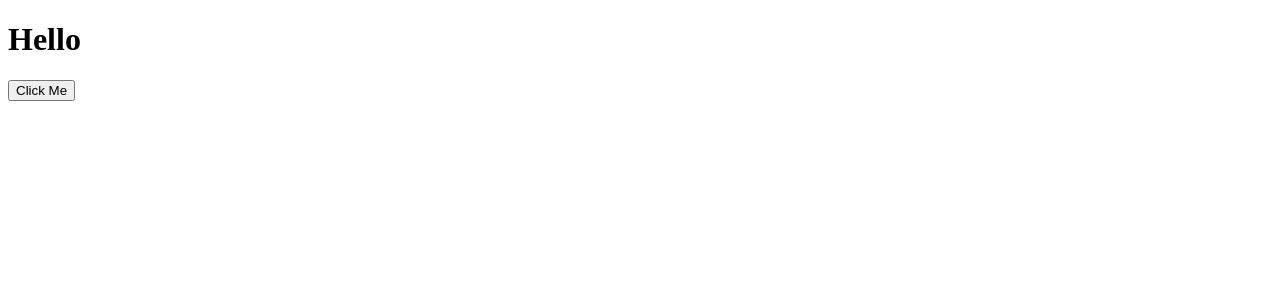
Repository: jnguyen113/DOM-Manipulation
Page: index.html
These files come from the project's save history. The page is drawn as it stood at one moment and after a run of saves; the edit follows.
The browser window is 1280 px wide. The pictures show the whole page.

Above is the page before, as saved 2020-06-12 10:45:52.
Console error: SyntaxError: Unexpected end of input

### index.html
<!DOCTYPE html>
<html>

<body>
    <h1 class="title">Hello</h1>
    <button class = "changeColor">Click Me</button>

</body>
<script src="main.js"></script>

</html>

### main.js
const text = document.querySelector('.title');
const changeColor = document.querySelector('.changeColor');

text.style.

After the next 4 saves:
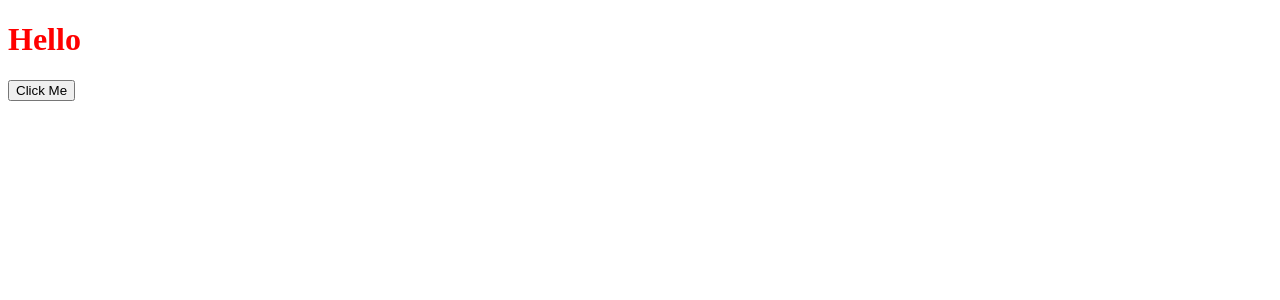
The error is gone.
The 4 saves are shown as one change because they came seconds apart.
The last was saved 9 s later.
--- a/main.js
+++ b/main.js
@@ -1,4 +1,4 @@
 const text = document.querySelector('.title');
 const changeColor = document.querySelector('.changeColor');
 
-text.style.
+text.style.color = 'red';
